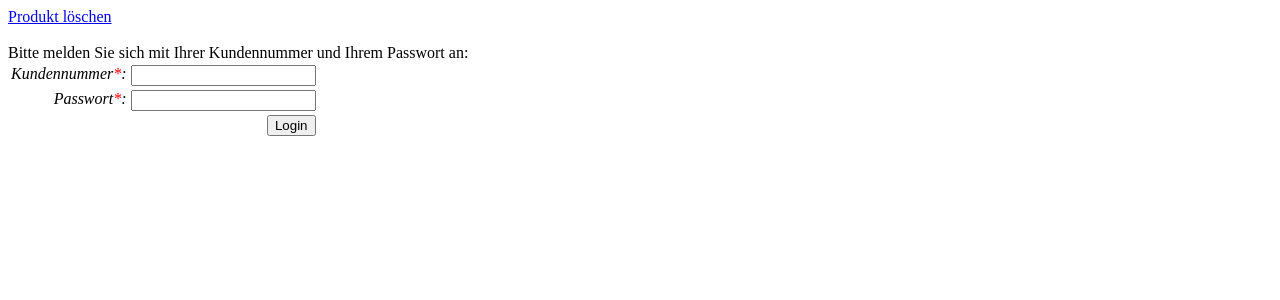
Repository: exic/VIS-Labor
Page: http://localhost/vislabor/pages/DeleteProduct.jsp
These files come from the project's save history. The page is drawn as it stood at one moment and after the next save; the edit follows.
The browser window is 1280 px wide. The pictures show the whole page.
The page is served by Tomcat 9.

Above is the page before, as saved 2011-05-15 09:37:06.

After the next save:
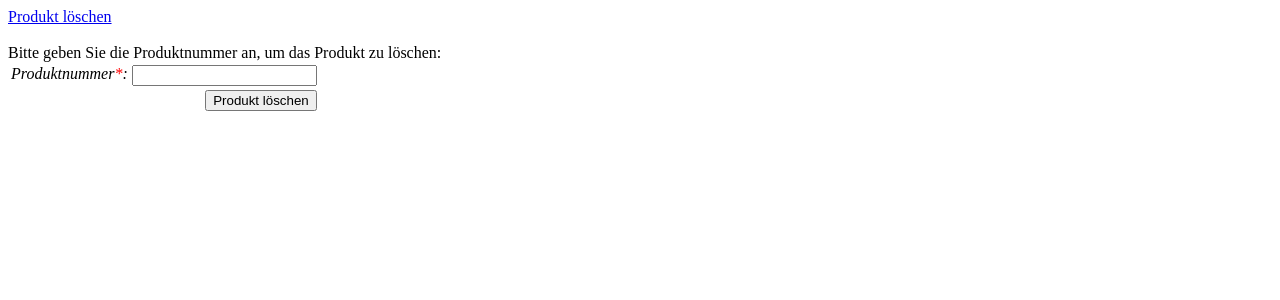
Saved 46 s later.
--- a/workspace/vislabor/WebContent/pages/DeleteProduct.jsp
+++ b/workspace/vislabor/WebContent/pages/DeleteProduct.jsp
@@ -12,13 +12,12 @@
 	<a href="<s:url action="forward_to_admin_start"/>">Produkt löschen</a>
 	<br /><br />
 
-	<s:text name="Bitte melden Sie sich mit Ihrer Kundennummer und Ihrem Passwort an:" />
+	<s:text name="Bitte geben Sie die Produktnummer an, um das Produkt zu löschen:" />
 
-	<s:form action="user_login">
-		<s:textfield name="id" label="Kundennummer" size="20" required="true"/>
-		<s:password name="password" label="Passwort" size="20" required="true"/>
+	<s:form action="create_product">
+		<s:textfield name="id" label="Produktnummer" size="20" required="true"/>
 
-		<s:submit value="Login"/>
+		<s:submit value="Produkt löschen"/>
 	</s:form>
 
 	 <font color="red">
